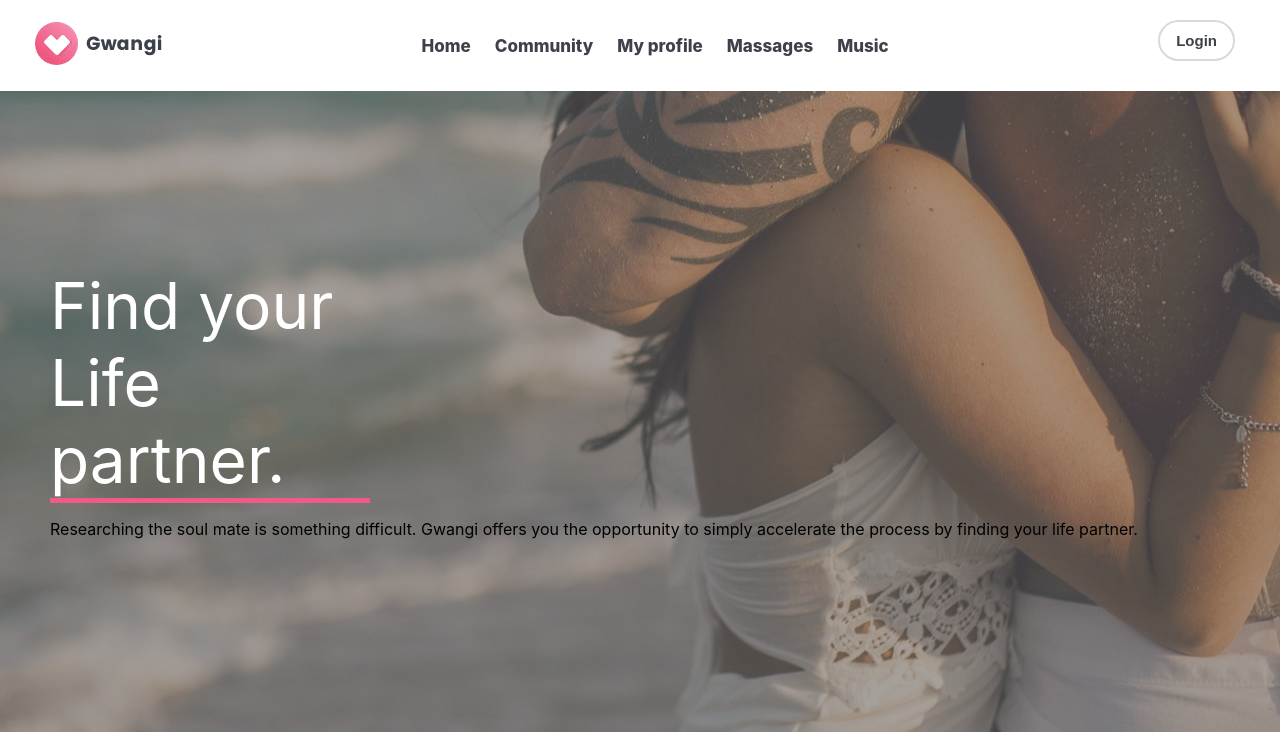
Repository: ShokunLiubov/Soc-Network-React
Page: /login
The author's editor kept a copy of each file at every save. The page is drawn from the files as they stood at one save, then again after the next save.
The browser window is 1280 px wide. The pictures show the whole page.
The project was rebuilt for these pictures with package versions that can differ from the ones it lists, and the page was loaded fresh each time. Also part of the build but not shown: src/components/common/Paginator/Paginator.module.css, src/components/common/Paginator/Paginator.jsx, src/components/Community/Community.module.css, src/components/Community/Friend/Friend.jsx, src/components/Community/Community.jsx, src/components/common/Preloader/Preloader.jsx, src/components/Community/CommunityContainer.jsx, src/components/Dialogs/Dialogs.module.css and 14 more.

Above is the page before, as saved 2022-08-24 17:38:46.

### src/index.js
import reportWebVitals from './reportWebVitals';
import store from './redux/redux-store';
import React from 'react';
import ReactDOM from 'react-dom/client';
import './index.css';
import App from './App';
import { BrowserRouter } from 'react-router-dom';
import { Provider } from 'react-redux'

const root = ReactDOM.createRoot(document.getElementById('root'));

  root.render(

      <BrowserRouter>
        <Provider store={store}>
          <App />
        </Provider>
      </BrowserRouter>


  );


// If you want to start measuring performance in your app, pass a function
// to log results (for example: reportWebVitals(console.log))
// or send to an analytics endpoint. Learn more: https://bit.ly/CRA-vitals
reportWebVitals();

### src/redux/redux-store.js
import {combineReducers, legacy_createStore as createStore} from "redux"
import dialogsReducer from "./dialogs-reducer"
import profileReducer from "./profile-reducer"
import communityReducer from "./community-reducer"
import authReducer from "./auth-reducer"

let reducers = combineReducers({
    profilePage : profileReducer,
    dialogsPage : dialogsReducer,
    communityPage : communityReducer,
    auth: authReducer
})

let store = createStore(reducers)

export default store;

### src/App.js
import React from 'react';
import { Routes, Route } from "react-router-dom";
import './App.css';
import Registration from './components/Auth/Registration/Registration';
import CommunityContainer from './components/Community/CommunityContainer';
import DialogsContainer from './components/Dialogs/DialogsContainer';
import Home from './components/Home/Home';
import Music from './components/Music/Music';
import Navbar from './components/Navbar/Navbar';
import ProfileContainer from './components/Profile/ProfileContainer';

function App(props) {
  return (

    <div className='app-wrapper'>
      <Navbar />
      <Routes>
        <Route path='/home/*' element={<Home />} />

        <Route path='/community/*' element={<CommunityContainer />} />

        <Route path='/profile/:id' element={<ProfileContainer />} />
        <Route path='/profile/*' element={<ProfileContainer />} />

        <Route path='/dialogs/*' element={<DialogsContainer />} />

        <Route path='/music/*' element={<Music />} />

        <Route path='/login/*' element={<Registration />} />

      </Routes>

    </div>

  );
}

export default App;

### src/redux/dialogs-reducer.js
const SAND_MASSAGE = 'SAND-MASSAGE'
const UPDATE_NEW_MASSAGE_TEXT = 'UPDATE-NEW-MASSAGE-TEXT'

let initialState = {
    dialogsData: [
        { id: 1, name: 'Vika', ava: './../images/ava-w1.jpeg' },
        { id: 2, name: 'Eugen', ava: './../images/ava-m2.png' },
        { id: 3, name: 'Liubov', ava: './../images/ava-w3.jpeg' },
        { id: 4, name: 'Max', ava: './../images/ava-m1.jpeg' },
        { id: 5, name: 'Nika', ava: './../images/ava-w2.webp' }
    ],
    massagesData: [
        { id: 1, massage: 'Hi' },
        { id: 2, massage: 'How are you?' },
        { id: 3, massage: 'I am okey!' }
    ],
    newMassageText: ''
}

const dialogsReducer = (state = initialState, action) => {

    switch (action.type) {
        case SAND_MASSAGE:
            let text = state.newMassageText
            return {
                ...state,
                newMassageText: '',
                massagesData: [...state.massagesData, {id: Date.now(),massage: text}]
            }

        case UPDATE_NEW_MASSAGE_TEXT:
            return {
                ...state,
                newMassageText: action.newText
            }

        default:
            return state
    }

}

export const sandMassage = () => ({ type: SAND_MASSAGE })

export const onMassageChange = (text) =>
    ({ type: UPDATE_NEW_MASSAGE_TEXT, newText: text })

export default dialogsReducer;

### src/redux/profile-reducer.js
const ADD_POST = 'ADD-POST'
const UPDATE_NEW_POST_TEXT = 'UPDATE-NEW-POST-TEXT'
const SET_USER_PROFILE = 'SET-USER-PROFILE'

let initialState = {
    userProfile: {},
    postsData: [
        { id: 1, massage: 'Hi, how are you?', countLikes: '12', time: '29 minutes ago' },
        { id: 2, massage: 'It is my first post', countLikes: '99+', time: 'yesterday' },
        { id: 3, massage: 'My name Liubov, I am wife Eugen', countLikes: '32', time: 'week ago' }
    ],
    newPostText: ''
}

const profileReducer = (state = initialState, action) => {
    switch (action.type) {
        case ADD_POST:
            let newPost = {
                id: Date.now(),
                massage: state.newPostText,
                countLikes: '0',
                time: new Date().toLocaleTimeString()
            }
            return {
                ...state,
                newPostText: '',
                postsData: [newPost, ...state.postsData]
            }

        case UPDATE_NEW_POST_TEXT:
            return {
                ...state,
                newPostText: action.newText
            }
        case SET_USER_PROFILE:
            return {
                ...state,
                userProfile: action.profile

            }
        default:
            return state
    }


}

export const addPost = () => ({ type: ADD_POST })

export const updateNewPostText = (text) =>
    ({ type: UPDATE_NEW_POST_TEXT, newText: text })

export const setUserProfile = (profile) =>
    ({ type: SET_USER_PROFILE, profile})


export default profileReducer;

### src/redux/community-reducer.js
const FOLLOW = 'FOLLOW'
const UN_FOLLOW = 'UN-FOLLOW'
const SET_USERS = 'SET-USERS'
const SET_PAGE = 'SET-PAGE'
const SET_USERS_TOTAL_COUNT = 'SET-USERS-TOTAL-COUNT'
const TOGGLE_IS_FETCHING = 'TOGGLE-IS-FETCHING'

let initialState = {
    userData: [ ],
    pageSize: 10,
    totalUsersCount: 0,
    currentPage: 1,
    currentPageSize: 1,
    isFetching: false
}
const communityReducer = (state = initialState, action) => {
    switch (action.type) {
        case FOLLOW:
            return {
                ...state,
                userData: state.userData.map (user => {
                    if(user.id === action.userID) {
                        return {...user, followed: true}
                    }
                    return user
                })
            }
        case UN_FOLLOW:
            return {
                ...state,
                userData: state.userData.map (user => {
                    if(user.id === action.userID) {
                        return {...user, followed: false}
                    }
                    return user
                })
            }
        case SET_USERS:
            return {
                ...state,
                userData: action.users
            }
        case SET_PAGE:
            return {
                ...state,
                currentPage: action.page
                }
        case SET_USERS_TOTAL_COUNT:
            return {
                ...state,
                totalUsersCount: action.UsersTotalCount
            }
        case TOGGLE_IS_FETCHING:
            return {
                ...state,
                isFetching: action.isFetching
            }
        default:
            return state
    }
}

export const follow = (userID) => ({ type: FOLLOW, userID })

export const unFollow = (userID) => ({ type: UN_FOLLOW, userID })

export const setUsers = (users) => ({ type: SET_USERS, users })

export const setPage = (page) => ({ type: SET_PAGE, page })

export const setUsersTotalCount = (UsersTotalCount) => ({ type: SET_USERS_TOTAL_COUNT, UsersTotalCount })

export const toggleFetching = (isFetching) => ({ type: TOGGLE_IS_FETCHING, isFetching })

export default communityReducer;


// Создать кнопки prev next
// if(currentPage > 1) { prev
// } минус 1  при отрисовки подставляться значения, исключение первая страница
// Отображать в пагинации 5 стр и одну последнюю , учесть если будет меньше 5 стр

### src/redux/auth-reducer.js
const SET_USER_DATA = 'SET-USER-DATA'
// const UN_FOLLOW = 'UN-FOLLOW'

let initialState = {
    userId: undefined,
    email: undefined,
    login: undefined,
    isFetching: false
}
const authReducer = (state = initialState, action) => {
    switch (action.type) {
        case SET_USER_DATA:
            return {
                ...state,
                ...action.data
            }
        // case TOGGLE_IS_FETCHING:
        //     return {
        //         ...state,
        //         isFetching: action.isFetching
        //     }
        default:
            return state
    }
}

export const setUserData = (userId, email, login) => ({ type: SET_USER_DATA, data: {userId, email, login} })

// export const toggleFetching = (isFetching) => ({ type: TOGGLE_IS_FETCHING, isFetching })

export default authReducer;

### src/components/Auth/Registration/Registration.jsx
import React from 'react';
import styles from './Registration.module.css'

const Registration = () => {
    return (
        <div className={styles.background}>
            <div className={styles.registration}>
            <div className={styles.title}>Find your <br/>
            Life partner.</div>
            <p>Researching the soul mate is something difficult. Gwangi offers you the opportunity to simply accelerate the process by finding your life partner.</p>
            </div>

        </div>
    )
}

export default Registration;

### src/components/Dialogs/DialogsContainer.jsx
import React from 'react';
import { sandMassage, onMassageChange } from '../../redux/dialogs-reducer';
import Dialogs from './Dialogs';
import { connect } from 'react-redux'


let mapStateToProps = (state) => {
    return {
        dialogsData: state.dialogsPage.dialogsData,
        massagesData: state.dialogsPage.massagesData,
        newMassageText: state.dialogsPage.newMassageText
    }
}

const DialogsContainer = connect(mapStateToProps, { sandMassage, onMassageChange })(Dialogs)

export default DialogsContainer;

### src/components/Navbar/Navbar.jsx
import React from 'react';
import { NavLink } from 'react-router-dom';
import styles from './Navbar.module.css'

const Navbar = () => {
    return (
        <div className={styles.navbar}>
            {/* LOGO */}
            <div className={styles.logo}><img src='./../images/logotype.png' /></div>
             {/* LOGO */}

            {/* MENU */}
            <nav className={styles.menu}>
                <div className={styles.item}>
                    <NavLink to='/home' className={navData => navData.isActive ? styles.active : styles.item}>Home</NavLink>
                </div>
                <div className={styles.item}>
                    <NavLink to='/community' className={navData => navData.isActive ? styles.active : styles.item}>Community</NavLink>
                </div>
                <div className={styles.item}>
                    <NavLink to='/profile' className={navData => navData.isActive ? styles.active : styles.item}>My profile</NavLink>
                </div>
                <div to='/dialogs' className={styles.item}>
                    <NavLink to='/dialogs' className={navData => navData.isActive ? styles.active : styles.item}>Massages</NavLink>
                </div>
                <div className={styles.item}>
                    <NavLink to='/music' className={navData => navData.isActive ? styles.active : styles.item}>Music</NavLink>
                </div>
            </nav>
            {/* MENU */}

            {/* LOGIN */}
            <NavLink to='/login' className={styles.login}>
                <button className='button'>Login</button>
            </NavLink>
            {/* LOGIN */}

        </div>
    )
}

export default Navbar;

### src/components/Auth/Registration/Registration.module.css
.background {
    background-image: url(./../../../../public/images/registration-bgr.jpeg);
    background-repeat: no-repeat;
    background-position: center;
    width: 100%;
    height: 89vh;
    position: relative;
    display: flex;
    align-items: center;
}

.background::before {
    content: " ";
    width: 100%;
    height: 89vh;
    background-color: #696a6e99;
    position: absolute;
    z-index: 1;
}

.registration {
    margin-left: 50px;
    position: relative;
    z-index: 20;
}

.title {
    color: #ffffff;
    font-size: 64px;
    max-width: 320px;
    border-bottom: 5px solid #ef5b86;
}

### src/components/Navbar/Navbar.module.css
.navbar {
    display: flex;
    justify-content: space-between;
    align-items: center;
    padding: 20px 35px;
    background-color: #ffffff;
}

.logo {
    cursor: pointer;
}

.menu {
    display: flex;
}

.item a {
    margin: 0 12px;
    font-size: 17px;
    color: #3e404a;
    font-weight: 800;
    cursor: pointer;
    text-decoration: none;
}

.item a.active {
    color: #ef5b86;
}

.login {
    text-decoration: none;
}

### src/components/Profile/Profile_body/MyPosts/Post/Post.module.css
.post {
    background-color: #ffffff;
    border: 1px solid #e8e8e9;
    border-radius: 10px;
    margin: 50px 0;
    position: relative;
    width: 70%;
    min-height: 100px;
}

.personInfo img {
    position: absolute;
    top: -20px;
    left: -20px;
    width: 80px;
    height: 80px;
    object-fit: cover;
    border-radius: 10px;
}

.personInfo {
    display: flex;
}

.postInfo {
    margin: 10px 80px;
}

.nickname {
    color: #3e404a;
    font-size: 18px;
    font-weight: 700;
}

.time {
    color: #9da6b0;
    font-size: 12px;
    font-weight: 600;
    margin-top: 5px;
}

.massage {
    color: #9ca6af;
    font-size: 15px;
    font-weight: 700;
    margin: 10px 80px;
}

.like {
    width: 100%;
    display: flex;
    justify-content: end;
}

button{
    background: none;
    border: none;
    display: flex;
    align-items: center;
    margin: 0 10px 10px;
}

.countLike {
    margin-left: 5px;
    color: #9da6b0;
    font-size: 12px;
    font-weight: 500;
}

Loaded but not shown: public/index.html (common file); src/reportWebVitals.js (common file); src/index.css (common file); src/App.css (common file); src/components/Home/Home.module.css (no stored copy; drawn as an empty file); src/components/Music/Music.module.css (no stored copy; drawn as an empty file); src/components/Profile/Profile.module.css (no stored copy; drawn as an empty file)

After the next save:
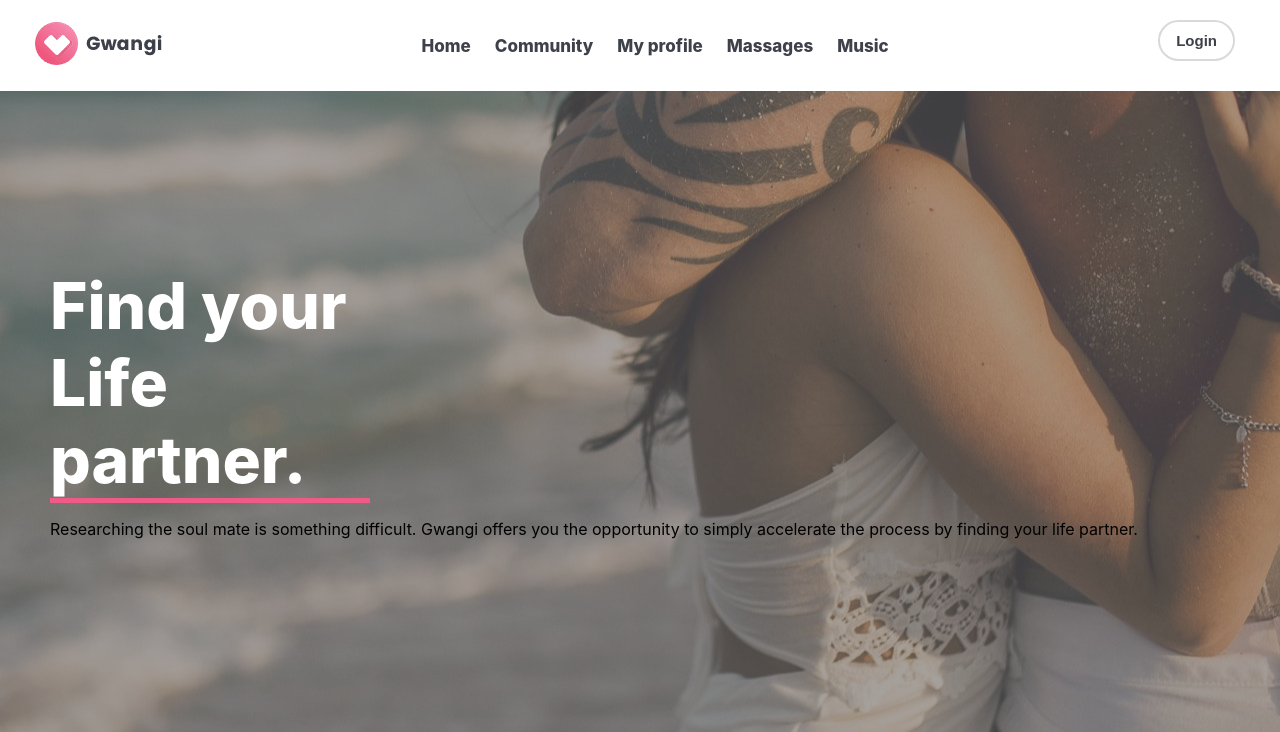
Saved 14 s later.
--- a/src/components/Auth/Registration/Registration.module.css
+++ b/src/components/Auth/Registration/Registration.module.css
@@ -28,5 +28,6 @@
     color: #ffffff;
     font-size: 64px;
     max-width: 320px;
+    font-weight: 800;
     border-bottom: 5px solid #ef5b86;
 }
